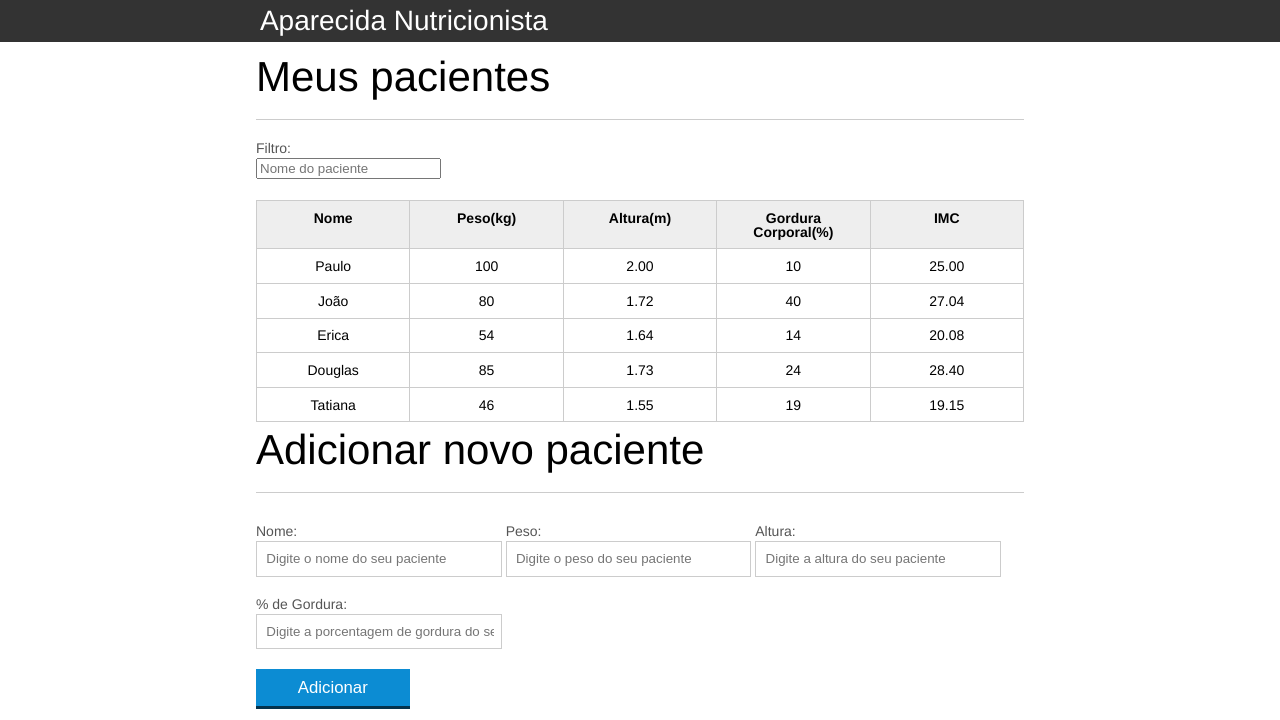
Repository: GabbLps/Controle-de-Clientes-Alura
Page: index.html
The author's editor kept a copy of each file at every save. The page is drawn from the files as they stood at one save, then again after a run of saves.
The browser window is 1280 px wide. The pictures show the whole page.

Above is the page before, as saved 2022-05-15 18:45:51.

After the next 2 saves:
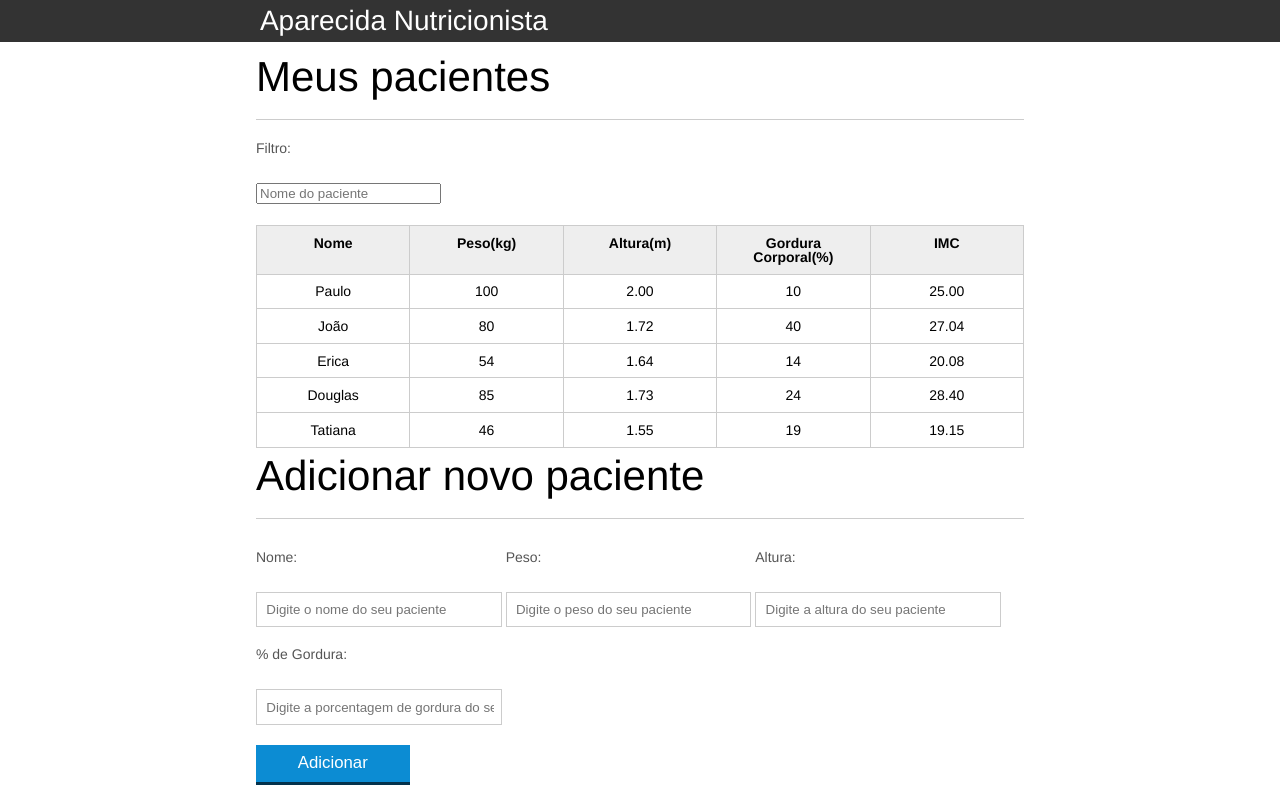
The 2 saves are shown as one change because they came seconds apart.
The last was saved 33 s later.
--- a/css/index.css
+++ b/css/index.css
@@ -77,7 +77,7 @@
 label{
 	color: #555;
 	display: block;
-	margin-bottom: .2em;
+	margin-bottom: 2em;
 }
 
 .campo{

After the save that followed:
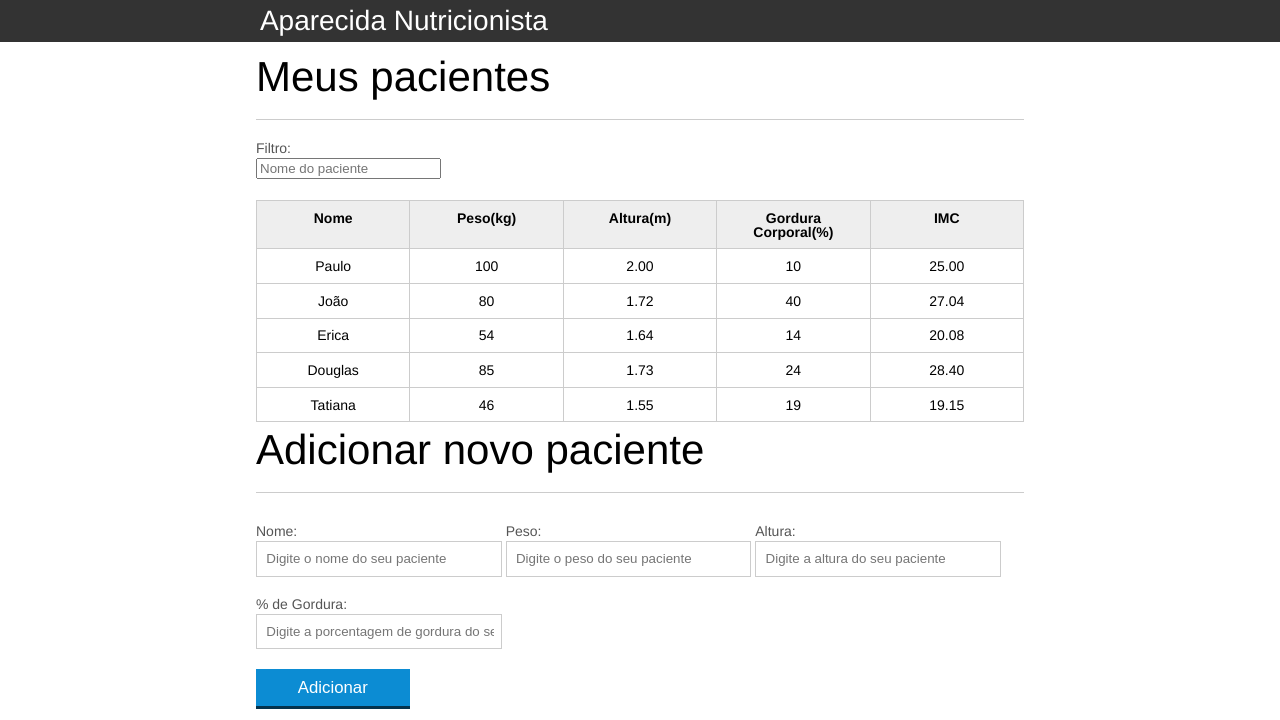
Saved 4 s later.
--- a/css/index.css
+++ b/css/index.css
@@ -77,7 +77,7 @@
 label{
 	color: #555;
 	display: block;
-	margin-bottom: 2em;
+	margin-bottom: .2em;
 }
 
 .campo{
